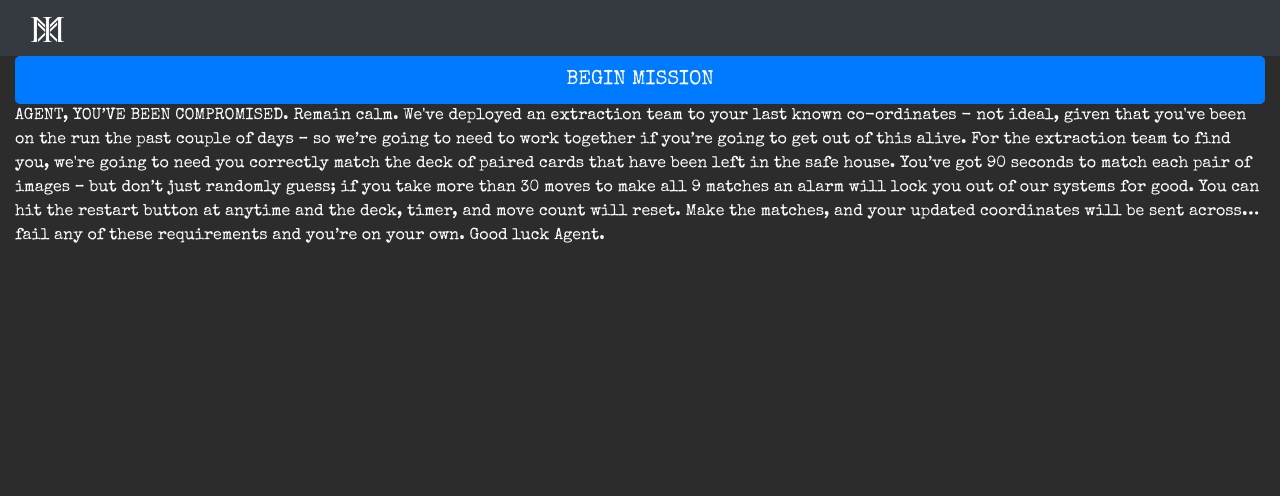
Repository: Code-Institute-Submissions/Milestone-25
Page: index.html
The author's editor kept a record of every edit. The page is drawn from the files as they stood at one moment, then again after the next edit.
The browser window is 1280 px wide. The pictures show the whole page.

Above is the page before.

### index.html
<!DOCTYPE html>
<html lang="en">

<head>
  <meta charset="UTF-8">
  <meta name="viewport" content="width=device-width, initial-scale=1">
  <meta http-equiv="X-UA-Compatible" content="ie=edge">
  <link rel="stylesheet" href="https://stackpath.bootstrapcdn.com/bootstrap/4.4.1/css/bootstrap.min.css" integrity="sha384-Vkoo8x4CGsO3+Hhxv8T/Q5PaXtkKtu6ug5TOeNV6gBiFeWPGFN9MuhOf23Q9Ifjh" crossorigin="anonymous">
  <script src="https://ajax.googleapis.com/ajax/libs/jquery/3.4.1/jquery.min.js"></script>
  <script src="https://maxcdn.bootstrapcdn.com/bootstrap/4.4.1/js/bootstrap.min.js"></script>
  <link rel="stylesheet" href="assets/css/style.css" media="screen">
  <title>Memoryphile Home</title>
</head>

<body>
  <!--Navbar for style purposes only-->
  <nav class="navbar navbar-expand-md navbar-dark bg-dark sticky-top">
    <div class="container-fluid">
      <a class="navbar-brand"><img src="./assets/images/logo.png" height="25" alt="Memoryphile Logo"></a>
    </div>
  </nav>

  <!--Button to jump to game-->
  <div class="container-fluid padding">
    <div class="row padding">
      <div class="col-md">
        <button type="button" class="btn btn-primary btn-lg btn-block">BEGIN MISSION</button>
      </div>
    </div>
  </div>

  <!--Instructions paragraph-->
  <div class="container-fluid padding">
    <div class="row padding">
      <div class="col-md">
        <p>AGENT, YOU’VE BEEN COMPROMISED.
        Remain calm. We've deployed an extraction team to your last known co-ordinates - not ideal, given that you've been on the run the past couple of days – so we’re going to need to work together if you’re going to get out of this alive.

        For the extraction team to find you, we're going to need you correctly match the deck of paired cards that have been left in the safe house. You’ve got 90 seconds to match each pair of images – but don’t just randomly guess; if you take more than 30 moves to make all 9 matches an alarm will lock you out of our systems for good. You can hit the restart button at anytime and the deck, timer, and move count will reset.

        Make the matches, and your updated coordinates will be sent across… fail any of these requirements and you’re on your own. Good luck Agent.
        </p>
      </div>
    </div>
  </div>



</body>



<script type="text/javascript" src="./assets/js/main.js"></script>

</html>

### assets/css/style.css
@import url('https://fonts.googleapis.com/css?family=Homemade+Apple|Special+Elite&display=swap');

/* ==============STYLING==============*/

/*--------HTML, BODY Styling-----*/

html,
body {
  height: 100%;
  width: 100%;
  font-family: 'Special Elite', sans-serif;
  color: #fff;
  background-color: #2c2c2d;
}

/*------------BUTTON STYLING--------*/

.btn-secondary {
    background-color: #c30e0e;
    border-color: #c30e0e;
    margin-top: 10%;
    margin-bottom: 10%;
    font-size: 350%;
    padding-top: 1.5%;

}


/*------------Instructions STYLING--------*/

.instructions {
  font-size: 150%;
  display: inline-block;
  margin-left: 6%;
  margin-right: 6%;
}

### assets/js/main.js
//on page open, timer counts from 90 secs down

//on page open, or on restart, cards are reshuffled

//on reset, cards shuffled, reset game board, reset timer

//if timer = 0, game over

// on click, moves increases by 1

// if moves > 40, game over

//on restart, pasue game and timer and ask for confirmation
    //if confirmation = true page refreshes and timer + cards all reset
    //if confirmation = false, game and timer resumes


// on click:
    //if no other card active, flip card and set to active
    //if other card active, compare img of both active cards
        //if img match, match counter increase by one
        //on no match, both cards return to rest state

//(no. of cards = 18)

//if match counter = 9, player wins.

//if match counter = 9, timer stops

//score? = at win, total moves and total time remaining

//set keyboard (p)ause and (esc)ape actions

//if player wins, produce success message (and rating out of three?)

//if player loses (out of time, or exceeds moves), produce loss message

After the next edit:
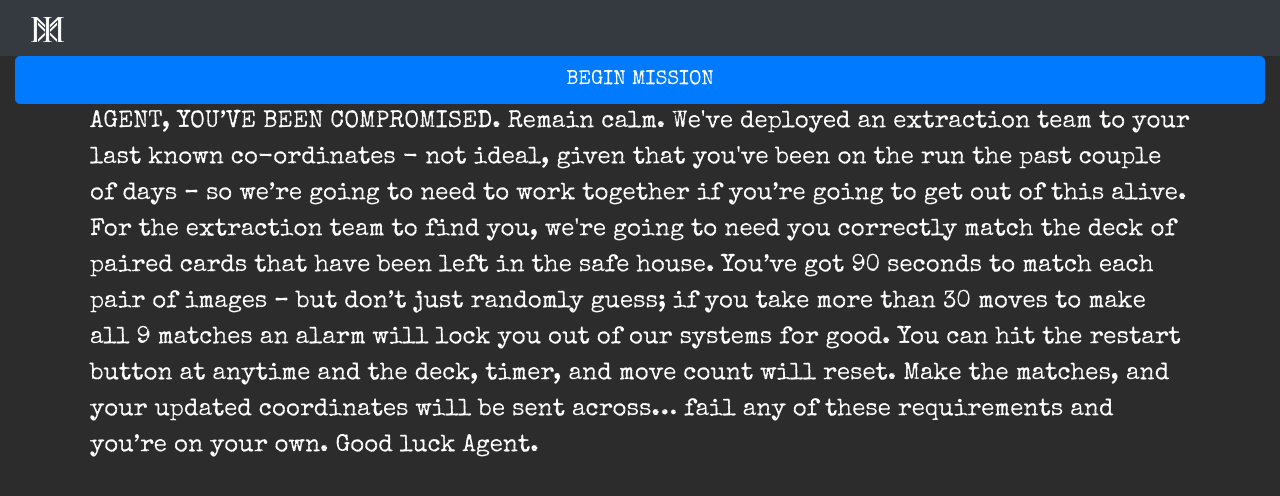
The edit:
--- a/index.html
+++ b/index.html
@@ -33,7 +33,7 @@
   <div class="container-fluid padding">
     <div class="row padding">
       <div class="col-md">
-        <p>AGENT, YOU’VE BEEN COMPROMISED.
+        <p class="instructions">AGENT, YOU’VE BEEN COMPROMISED.
         Remain calm. We've deployed an extraction team to your last known co-ordinates - not ideal, given that you've been on the run the past couple of days – so we’re going to need to work together if you’re going to get out of this alive.
 
         For the extraction team to find you, we're going to need you correctly match the deck of paired cards that have been left in the safe house. You’ve got 90 seconds to match each pair of images – but don’t just randomly guess; if you take more than 30 moves to make all 9 matches an alarm will lock you out of our systems for good. You can hit the restart button at anytime and the deck, timer, and move count will reset.
